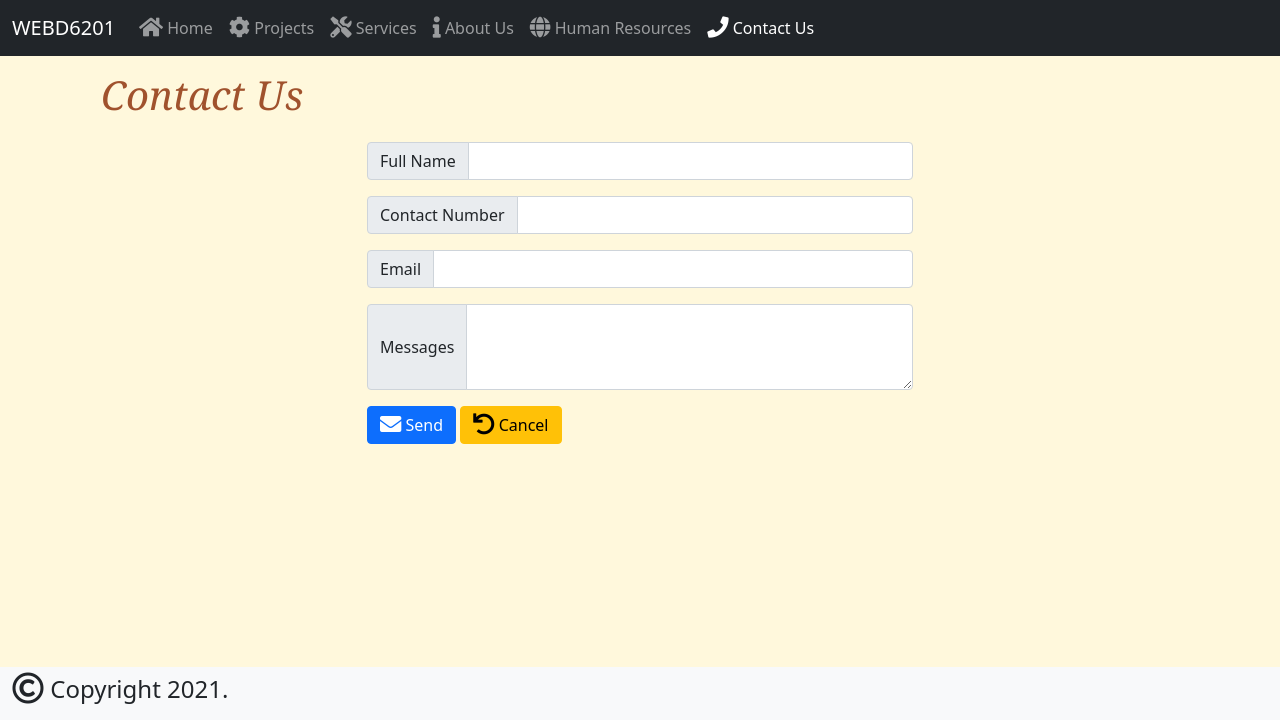
Repository: YiuWingLau/WEBD6201-W2021-Lab1
Page: contact.html
An editor plug-in stored every save of this project. The page is shown before and after the next save, followed by the edit.
The browser window is 1280 px wide. The pictures show the whole page.

Above is the page before, as saved 2021-02-05 00:03:57.

### contact.html
<!DOCTYPE html>
<html lang="en">
<head>
    <meta charset="UTF-8">
    <meta name="viewport" content="width=device-width, initial-scale=1.0">
    <title>Contact</title>

    <!--CSS Section -->
    <link rel="stylesheet" href="./node_modules/bootstrap/dist/css/bootstrap.min.css">
    <link rel="stylesheet" href="./node_modules/@fortawesome//fontawesome-free/css/all.min.css">
    <link rel="stylesheet" href="./Content/app.css">
</head>
<body>
    <!-- Main Header-->
    <header>
      <!-- Main Navigation-->
      <nav class="navbar navbar-expand-lg navbar-dark bg-dark">
          <div class="container-fluid">
            <a class="navbar-brand" href="index.html">WEBD6201</a>
            <button class="navbar-toggler" type="button" data-bs-toggle="collapse" data-bs-target="#navbarSupportedContent" aria-controls="navbarSupportedContent" aria-expanded="false" aria-label="Toggle navigation">
              <span class="navbar-toggler-icon"></span>
            </button>
            <div class="collapse navbar-collapse" id="navbarSupportedContent">
              <ul class="navbar-nav me-auto mb-2 mb-lg-0">

                <li id="navBarIndex" class="nav-item">
                  <a class="nav-link" aria-current="page" href="index.html"><i class="fas fa-home fa-lg"></i> Home</a>
                </li>

                <li id="navBarProjects" class="nav-item">
                  <a class="nav-link" aria-current="page" href="products.html"><i class="fas fa-cog fa-lg"></i> Products</a>
                </li>

                <li id="navBarServices" class="nav-item">
                  <a class="nav-link" aria-current="page" href="services.html"><i class="fas fa-tools fa-lg"></i> Services</a>
                </li>

                <li id="navBarAboutUs" class="nav-item">
                  <a class="nav-link" aria-current="page" href="about.html"><i class="fas fa-info fa-lg"></i> About Us</a>
                </li>

                <li id="navBarContactUs" class="nav-item">
                  <a class="nav-link active" aria-current="page" href="contact.html"><i class="fas fa-phone fa-lg"></i> Contact Us</a>
                </li>

              </ul>
            </div>
          </div>
      </nav>
  </header>

  <!-- Main Content -->
  <main class="container justify-content-lg-center g-3">
    <h1>Contact Us</h1>
    <!--div id="messageArea"></div-->

    <div class="row justify-content-lg-center g-3">
      <form class="col-lg-6 col-md-10 col-sm-10">
        <div id="messageArea"></div>

        <div class="input-group mb-3">
          <span class="input-group-text" id="inputGroup-sizing-default">Full Name </span>
          <input id="fullName" type="text" class="form-control" aria-label="Full Name" aria-describedby="Full Name Input"
          name="fullName" required>
        </div>

        <div class="input-group mb-3">
          <span class="input-group-text" id="inputGroup-sizing-default">Contact Number</span>
          <input id="contactNumber" type="tel" class="form-control" aria-label="Contact Number" aria-describedby="Contact Number Input"
          name="contactNumber" required>
        </div>

        <div class="input-group mb-3">
          <span class="input-group-text" id="inputGroup-sizing-default">Email</span>
          <input id="emailAddress" type="email" class="form-control" aria-label="Email Address" aria-describedby="Email Address Input"
          name="emailAddress" required>
        </div>

        <div class="input-group mb-3">
          <span class="input-group-text" id="inputGroup-sizing-default">Messages</span>
          <textarea id="messages" type="text" class="form-control" aria-label="Messages" rows="3" aria-describedby="Messages Textarea"
          name="messages"></textarea>
        </div>

        <button id="sendButton" type="submit" class="btn btn-primary"><i class="fas fa-envelope fa-lg"></i> Send</button>
        <button id="cancelButton" type="reset" class="btn btn-warning"><i class="fas fa-undo fa-lg"></i> Cancel</button>
      </form>

    </div>
  </main>

  <!-- Main Footer -->
  <footer>
      <nav class="navbar fixed-bottom navbar-light bg-light">
          <div class="container-fluid">
            <h4><i class="far fa-copyright fa-lg"></i> Copyright 2021.</a></h4>
          </div>
      </nav>
  </footer>
  <!-- JavaScript Section -->
  <script src="./node_modules/jquery/dist/jquery.min.js"></script>
  <script src="./node_modules/bootstrap/dist/js/bootstrap.bundle.min.js"></script>
  <script src="./Scripts/contact.js"></script>
  <script src="./Scripts/app.js"></script>
</body>
</html>

### Content/app.css
h1 {
    padding: 15px;
    color: sienna;
    font-family: Cambria, Cochin, Georgia, Times, 'Times New Roman', serif;
    font-style: italic;
}

h6 {
    padding: 15px;
    color: darkgreen;
    font-family: Cambria, Cochin, Georgia, Times, 'Times New Roman', serif;
    font-style: italic;
}

p {
    padding: 15px;
    color: blue;
    font-family:Cambria, Cochin, Georgia, Times, 'Times New Roman', serif;
    font-style: italic;
    font-size: 25px;
    text-align: justify;
}

body {
    background-color: cornsilk;
}

#homeImage {
    width: 1200px;
    height: 600px;
}

#myImage {
    width: 1200px;
    height: 600px;
}

#favImage {
    width: 350px;
    height: 250px;
}

### Scripts/contact.js
"use strict";
// Contact Class
class Contact {
    // getters and setters
    get FullName()
    {
      return this.m_fullName;
    }

    set FullName(value)
    {
      this.m_fullName = value;
    }

    get ContactNumber()
    {
      return this.m_contactNumber;
    }

    set ContactNumber(value)
    {
      this.m_contactNumber = value;
    }

    get EmailAddress()
    {
      return this.m_emailAddress;
    }

    set EmailAddress(value)
    {
      this.m_emailAddress = value;
    }

    // constructor

    /**
     * @param {string} fullName
     * @param {string} contactNumber
     * @param {string} emailAddress
     */
    constructor(fullName = "", contactNumber = "", emailAddress = "")
    {
      this.FullName = fullName;
      this.ContactNumber = contactNumber;
      this.EmailAddress = emailAddress;
    }

    // methods

    /**
     * This method overrides the built-in toString method for the Contact class
     *
     * @returns {string}
     */
    toString()
    {
      return `Full Name     : ${this.FullName} \nContact Number: ${this.ContactNumber}\nEmail Address : ${this.EmailAddress}`;
    }

    /**
     * This method returns a JSON object made up of the properties of the Contact class
     *
     * @returns {Object}
     */
    toJSON()
    {
      return {
        "fullName": this.FullName,
        "contactNumber": this.ContactNumber,
        "emailAddress": this.EmailAddress
      }
    }

    /**
     * This method converts the Contact into a comma-separated value string
     *
     * @returns {string}
     */
    serialize()
    {
      if(this.FullName !== "" && this.ContactNumber !== "" && this.EmailAddress !== "")
      {
        return `${this.FullName},${this.ContactNumber},${this.EmailAddress}`;
      }
      else
      {
        console.error("One or more properties of the Contact is empty");
        return null;
      }
    }

    /**
     * This method takes a comma-separated data string and assigns the values to the Contact class properties
     *
     * @param {string} data
     * @return {void}
     */
    deserialize(data)
    {
      let propertyArray = data.split(",");
      this.FullName = propertyArray[0];
      this.ContactNumber = propertyArray[1];
      this.EmailAddress = propertyArray[2];
    }
  }

### Scripts/app.js
/* custom JavaScript goes here */

//IIFE - Immediately Invoked Function Expression
//AKA - Anonymous Self-Executing Function
//Closure - limits scope leak

"use strict";

(function()
{
    function displayHome()
    {
      // create heading element
      let homeHeading = document.createElement("h1");
      // configure the element
      homeHeading.setAttribute("id", "homeHeading");
      homeHeading.textContent = "Welcome to WEBD6201";
      // select the parent element
      let mainContent = document.getElementsByTagName("main")[0];
      // Add / Insert the element
      mainContent.appendChild(homeHeading);

      // create the background image to the home page
      let homeBackground = document.createElement("img");
      homeBackground.setAttribute("id", "homeImage");
      homeBackground.setAttribute("src", "./images/homeBackground.jpg");
      homeBackground.setAttribute("alt", "Computer Programmer");
      mainContent.appendChild(homeBackground);

      // add paragraph to the home page
      let homeParagraph = document.createElement("p");
      homeParagraph.setAttribute("id", "homeParagraph");
      homeParagraph.textContent = "We provide the best programming service for you...";
      mainContent.appendChild(homeParagraph);
    }

    function displayAbout()
    {
        //add my picture to About Us page
        let myPicture = document.createElement("img");
        myPicture.setAttribute("id", "myImage");
        myPicture.setAttribute("src", "./images/nelson.jpg");
        myPicture.setAttribute("alt", "Nelson Lau");
        myPicture.setAttribute("width", "192");
        myPicture.setAttribute("height", "108");

        // Step 1. document.createElement
        let ParagraphOne = document.createElement("p");
        // Step 2. configure the element
        ParagraphOne.setAttribute("id", "myIntro");
        ParagraphOne.textContent = "Hi, my name is Nelson Lau, I am a computer programmer student who studied in Durham Collage. I am good at programming, web design and development, and I have a well knowledge on computer hardware.";
        // Step 3. select the parent element
        let mainContent = document.getElementsByTagName("main")[0];
        mainContent.appendChild(myPicture);
        // Step 4. Add / Insert the element
        mainContent.appendChild(ParagraphOne);
        ParagraphOne.className = "fs-lg";

    }

    function displayProjects()
    {
      // create and add heading to Projects page
      let projectHeading = document.createElement("h1");
      projectHeading.setAttribute("id", "projectHeading");
      projectHeading.textContent = " My favourite projects";
      let mainContent = document.getElementsByTagName("main")[0];
      mainContent.appendChild(projectHeading);


      // create table for favorite projects details
      let project = document.createElement("table");
      project.setAttribute("id", "project");
      mainContent.appendChild(project);

      // create & insert 1st favorite project detail
      let projectOne = document.createElement("tr");
      projectOne.setAttribute("id", "projectOne");
      projectOne.innerHTML = `<td><img id="favImage" src="./images/hardware.jpg" alt="computer hardware"></td>
                              <td><h4> Computer System Hardware</h4><p> We have successfully to help several companies building up their hardware systems.</p></td>`;
      project.appendChild(projectOne);

      // create & insert 2nd favorite project detail
      let projectTwo = document.createElement("tr");
      projectTwo.setAttribute("id", "projectTwo");
      projectTwo.innerHTML = `<td><img id="favImage" src="./images/mainframe.jpg" alt="mainframe development"></td>
                              <td><p> We have successfully to help several companies building up their mainframe systems.</p></td>`;
      project.appendChild(projectTwo);

      // create & insert 2nd favorite project detail
      let projectThree = document.createElement("tr");
      projectThree.setAttribute("id", "projectThree");
      projectThree.innerHTML = `<td><img id="favImage" src="./images/networking.jpg" alt="computer networking"></td>
                                <td><p> We have successfully to help several companies building up their network.</p></td>`;
      project.appendChild(projectThree);
    }

    function displayHumanResources()
    {

    }

    function displayServices()
    {
      // create and add heading to Projects page
      let serviceHeading = document.createElement("h1");
      serviceHeading.setAttribute("id", "projectHeading");
      serviceHeading.textContent = " Our services";
      let mainContent = document.getElementsByTagName("main")[0];
      mainContent.appendChild(serviceHeading);


      // create favorite service element div tag
      let service = document.createElement("table");
      //service.setAttribute("class", "container");
      service.setAttribute("id", "service");
      mainContent.appendChild(service);

      // create & insert 1st favorite service detail
      let serviceOne = document.createElement("tr");
      //serviceOne.setAttribute("class", "row");
      serviceOne.setAttribute("id", "serviceOne");
      serviceOne.innerHTML = `<td><img id="favImage" src="./images/hardware.jpg" alt="computer hardware"></td>
                              <td><p> We have a great knowledge on assembling a computer. We will use the best hardware component to meet your needs. And we have the best team to provide maintenance service for you.</p></td>`;
      service.appendChild(serviceOne);

      // create & insert 2nd favorite service detail
      let serviceTwo = document.createElement("tr");
      //serviceTwo.setAttribute("class", "row");
      serviceTwo.setAttribute("id", "serviceTwo");
      serviceTwo.innerHTML = `<td><img id="favImage" src="./images/mainframe.jpg" alt="mainframe development"></td>
                              <td><p> We develop various kind of softwares for mainframe systems.</p></td>`;
      service.appendChild(serviceTwo);

      // create & insert 2nd favorite service detail
      let serviceThree = document.createElement("tr");
      //serviceThree.setAttribute("class", "row");
      serviceThree.setAttribute("id", "serviceThree");
      serviceThree.innerHTML = `<td><img id="favImage" src="./images/networking.jpg" alt="computer networking"></td>
                                <td><p> We can help with constructing network for your company. We are good at web design and development of web pages that fit your need.</p></td>`;
      service.appendChild(serviceThree);
    }

    function displayContact()
    {
        let messageArea = document.getElementById("messageArea");
        messageArea.hidden = true;

        // form validation
        let fullName = document.getElementById("fullName");
        fullName.addEventListener("blur", function() {
            if(fullName.value.length < 2)
            {
                fullName.focus();
                fullName.select();
                messageArea.hidden = false;
                messageArea.className = "alert alert-danger";
                messageArea.textContent = "Please enter an appropriate Name";
            }
            else
            {
                messageArea.removeAttribute("class");
                messageArea.hidden = true;
            }
        });

        let sendButton = document.getElementById("sendButton");
        sendButton.addEventListener("click", function(event){

            window.location = "./index.html";

        });
    }

    // function to correct the wrong link and text content in navigation bar
    function changeNavBarName()
    {
        let navName = document.getElementById("navBarProjects");
        navName.innerHTML = `<a class='nav-link' aria-current='page' href='projects.html'><i class="fas fa-cog fa-lg"></i> Projects</a>`;
    }

    // function to add Human Resource element to Nav Bar between About Us and Contact Us
    function addNewNavBarElement()
    {
        //create new element Human Resources
        let newListElement = document.createElement("li");
        newListElement.setAttribute("id", "navBarHumanResources");
        newListElement.setAttribute("class", "nav-item");
        newListElement.innerHTML = `<a class='nav-link' aria-current='page' href='Human-Resources.html'><i class="fas fa-globe fa-lg"></i> Human Resources</a>`;
        // append new element after About Us
        let aboutUsListElement = document.getElementById("navBarAboutUs");
        aboutUsListElement.after(newListElement);
    }

    function Start()
    {
        console.log("App Started...");

        changeNavBarName();

        addNewNavBarElement();

        switch (document.title)
        {
          case "Home":
              displayHome();
            break;
          case "About":
              displayAbout();
            break;
          case "Projects":
              displayProjects();
            break;
          case "Human Resources":
              displayHumanResources();
            break;
          case "Services":
              displayServices();
            break;
          case "Contact":
              displayContact();
            break;
          case "Contact-List":
            displayContactList();
          break;
        }

    }

    window.addEventListener("load", Start);

})();

Loaded but not shown: node_modules/bootstrap/dist/css/bootstrap.min.css (library); node_modules/@fortawesome/fontawesome-free/css/all.min.css (library); node_modules/jquery/dist/jquery.min.js (library); node_modules/bootstrap/dist/js/bootstrap.bundle.min.js (library)

After the next save:
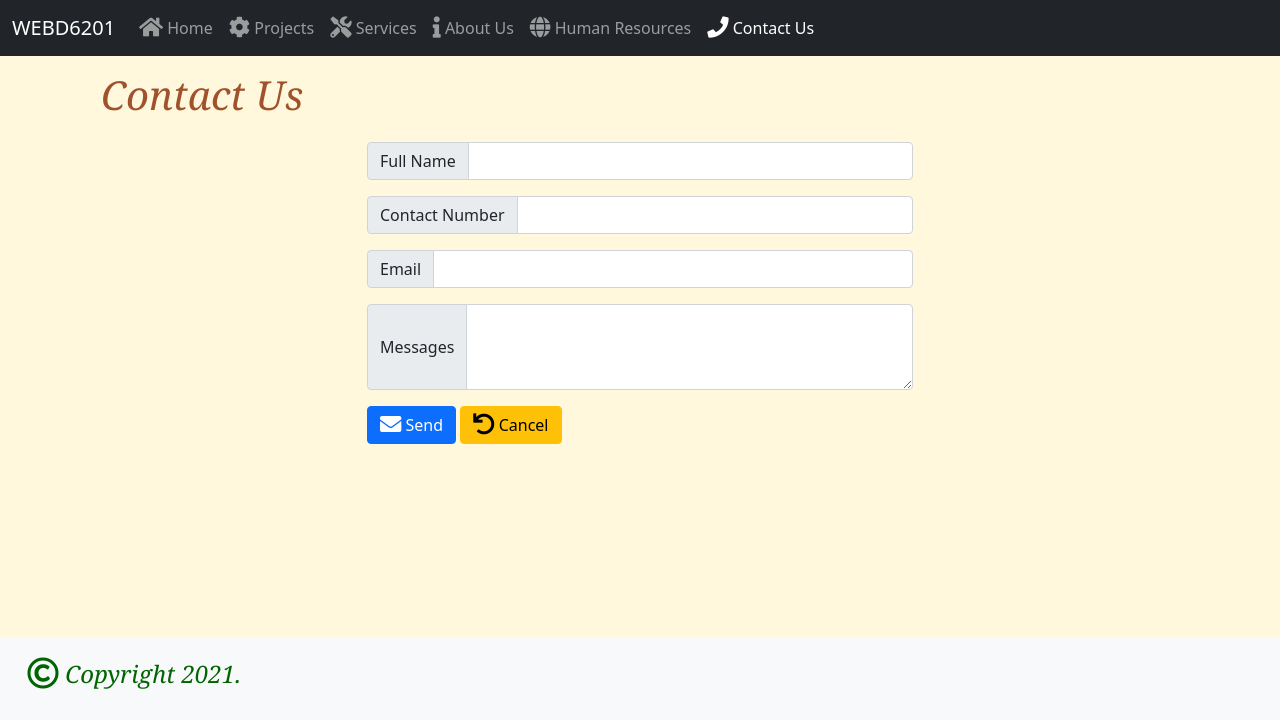
Saved 29 s later.
--- a/Content/app.css
+++ b/Content/app.css
@@ -5,11 +5,12 @@ h1 {
     font-style: italic;
 }
 
-h6 {
+h4 {
     padding: 15px;
     color: darkgreen;
     font-family: Cambria, Cochin, Georgia, Times, 'Times New Roman', serif;
     font-style: italic;
+    text-align: justify;
 }
 
 p {
